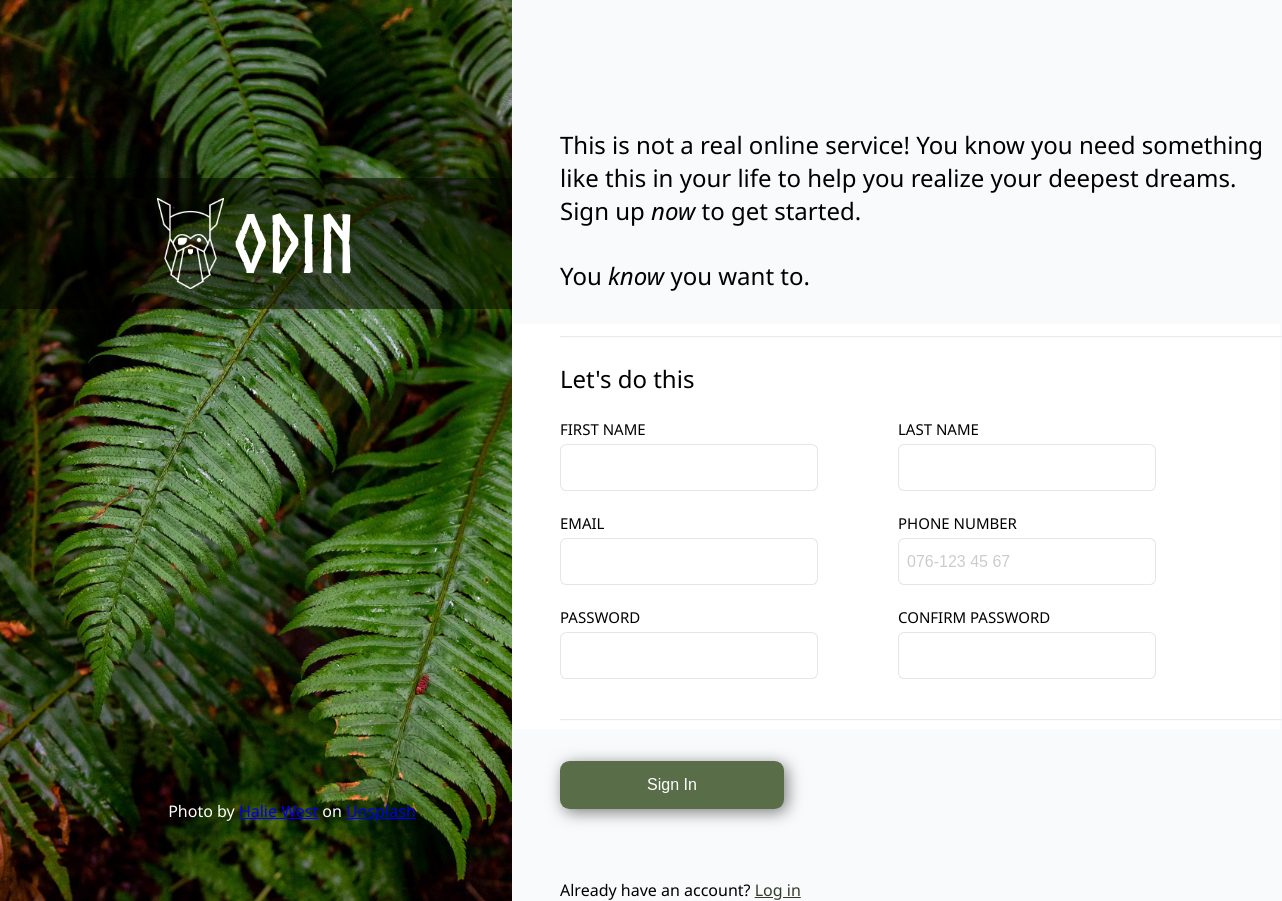
Repository: fed26sto-fundamentals/sign-up-form-odai-dh
Page: index.html
The author's editor kept a copy of each file at every save. The page is drawn from the files as they stood at one save, then again after the next save.
The browser window is 1280 px wide. The page is 1282 px wide, so the pictures cover 1282 px, including what lies to the right of the window. The pictures show the whole page.

Above is the page before, as saved 2024-10-01 21:14:39.

### index.html
<!DOCTYPE html>
<html lang="en">

<head>
    <meta charset="UTF-8">
    <meta name="viewport" content="width=device-width, initial-scale=1.0">
    <link href="styles.css" rel="stylesheet" />
    <title>Document</title>
</head>

<body>
    <div class="leftSide">
        <div class="odinLogo">
            <img src="/img/odin-lined.png" alt="odin logo">
            <p>ODIN</p>
        </div>
        <div class="leftSideFoot">
            <p>Photo by <a href="https://unsplash.com/@haliewestphoto" target="_blank">Halie West</a> on <a
                    href="https://unsplash.com/" target="_blank">Unsplash</a></p>

        </div>
    </div>
    <div class="rightSide">
        <div class="textR">
            <p>This is not a real online service! You know you need something like this in your life to help you realize
                your deepest dreams. Sign up <em>now</em> to get started.</p>
        </div>
        <div class="textRs">
            <p> You <em>know</em> you want to.</p>
        </div>
        <div class="form">
            <form action="#" class="form">
                <div class="formTitle">
        <hr id="line">
                    <p>Let's do this</p>
                </div>
                <div class="formStart">
                    <div class="cill1">
                        <div class="firstN">
                            <label for="firstN">FIRST NAME</label>
                            <input type="text" id="firstN" class="required" name="firstName" required>
                            <span class="error-message" aria-live="polite">First Name is required</span>
                        </div>
                        <div class="emailIn">
                            <label for="emailIn">EMAIL</label>
                            <input type="email" id="emailIn" class="required" name="email" required>
                            <span class="error-message" aria-live="polite">Email is required</span>
                        </div>
                        <div class="passwordIn">
                            <label for="passwordIn">PASSWORD</label>
                            <input type="password" id="passwordIn" class="required" name="password" required minlength="8" maxlength="16">
                            <span class="error-message" aria-live="polite">Password must be between 8 and 16 characters.</span>
                        </div>
                    </div>
                    <div class="cill2">
                        <div class="lastN">
                            <label for="lastN">LAST NAME</label>
                            <input type="text" id="lastN" class="required" name="lastName" required>
                            <span class="error-message" aria-live="polite">Last Name is required</span>
                        </div>
                        <div class="nummber">
                            <label for="number">PHONE NUMBER</label>
                            <input type="tel" id="number" class="required" name="phoneNumber" pattern="076-[0-9]{3} [0-9]{2} [0-9]{2}" placeholder="076-123 45 67" required>
                            <span class="error-message" aria-live="polite">Please enter a valid phone number.</span>
                        </div>
                        <div class="passwordCon">
                            <label for="passwordCon">CONFIRM PASSWORD</label>
                            <input type="password" id="passwordCon" class="required" name="confirmPassword" required minlength="8" maxlength="16">
                            <span class="error-message" aria-live="polite">Password do Not match</span>
                        </div>
                    </div>
                </div>
                <hr id="line">
        </div>

        <div class="submtion">
            <button id="forSubmtion"> Sign In</button>
            <div id="forSubmtionError"></div>
            <p>
                Already have an account? <a href="">Log in</a>
            </p>
        </div>
        </form>
    </div>
</body>

</html>

### styles.css
@font-face {
    font-family: 'NorseBold';
    src: url('../fonts/Norse-Bold.otf') format('opentype');

}

body {
    font-family: 'Segoe UI', Tahoma, Geneva, Verdana, sans-serif;
    display: flex;
    align-content: center;
    min-height: 100vh;
    margin: 0;
    padding: 0px;
    height: 100%;
    background-color: #F9FAFB;
    ;

}



.leftSide {
    background: url(/img/green.jpg) no-repeat;
    border: 0;
    width: 40%;
    align-content: center;
    background-size: cover;
    background-position: center;

}

.odinLogo {
    display: flex;
    justify-content: center;
    align-items: center;
    height: 10%;
    padding: 20px;
    gap: 10px;
    background-color: rgba(0, 0, 0, 0.5);
    position: relative;
    top: -25vh;
}

.odinLogo img {
    height: 100%;
}

.odinLogo p {
    color: white;
    font-size: 80px;
    font-family: 'NorseBold', sans-serif;
}


.leftSideFoot {
    display: flex;
    justify-self: center;
    position: relative;
    bottom: -41vh;
    left: 5vh;
}

.leftSideFoot p {
    color: rgb(255, 255, 255);
}

.leftSideFoot a:visited {
    color: rgb(199, 201, 221);
}

.leftSideFoot a:hover {
    color: rgb(187, 131, 239);
    transition: 0.5s;
}




.rightSide {
    display: flex;
    flex-direction: column;
    gap: 2rem;
}


.rightSide>div {
    padding-left: 3rem;
}

.rightSide>div>p {
    margin-top: 0;
    margin-bottom: 0;
}

.textR,
.textRs,
.formTitle {
    font-size: 1.5rem;
}

.textR {
    margin-top: 8rem;
}

.form{
    background-color: rgb(255, 255, 255);
}
.formStart {
    display: flex;
    justify-content: left;
    gap: 5rem;
    flex-wrap: wrap;
}

.formStart div {
    display: flex;
    flex-direction: column;
    gap: 1.4rem;
}

.formStart>div {
    margin-bottom: 2rem;
}

.formStart div div label {
    font-size: 15px;
}

.formStart div div input {
    width: 100%;

}
.formStart div div input:focus {
    border-color: #007BFF;
    box-shadow: 0 0 5px rgba(0, 123, 255, 1);

}

#line{
    width: 100%;
    opacity: 0.2;

}



.error-message {
    display: none;
    color: #d30c34;
    font-size: 12px;
    margin-top: -5px;
}

input:not(:focus):invalid+.error-message {
    display: none;
}

input:invalid+.error-message {
    display: block;
    margin-top: 4px;
}
input:not(:focus):invalid {
    border: 1px solid rgba(128, 128, 128, 0.2); /* Neutraler grauer Rand */
}

input::placeholder {
    color: grey;
    font-size: 16px;
    opacity: 0.4;
}


.formStart div div input {
    height: 1.8rem;
    width: 15rem;
    border: 1px solid #ccc;
    border-radius: 0.4rem;
    outline: none;
    padding: 0.5rem;
    font-size: 18px;
}

.formStart div div {
    display: flex;
    flex-direction: column;
    gap: 0.3rem;
}

.submtion {
    display: flex;
    flex-direction: column;
    gap: 2.2rem
}

.submtion a {
    color: #596D48;
}

.submtion a:visited {
    color: #313d27;
}

#forSubmtion {
    cursor: pointer;
    height: 3rem;
    width: 14rem;
    background-color: #596D48;
    color: white;
    font-size: 16px;
    border: 0px;
    border-radius: 0.6rem;
    box-shadow: 0.2rem 0.2rem 1rem rgba(0, 0, 0, 0.5);
}

After the next save:
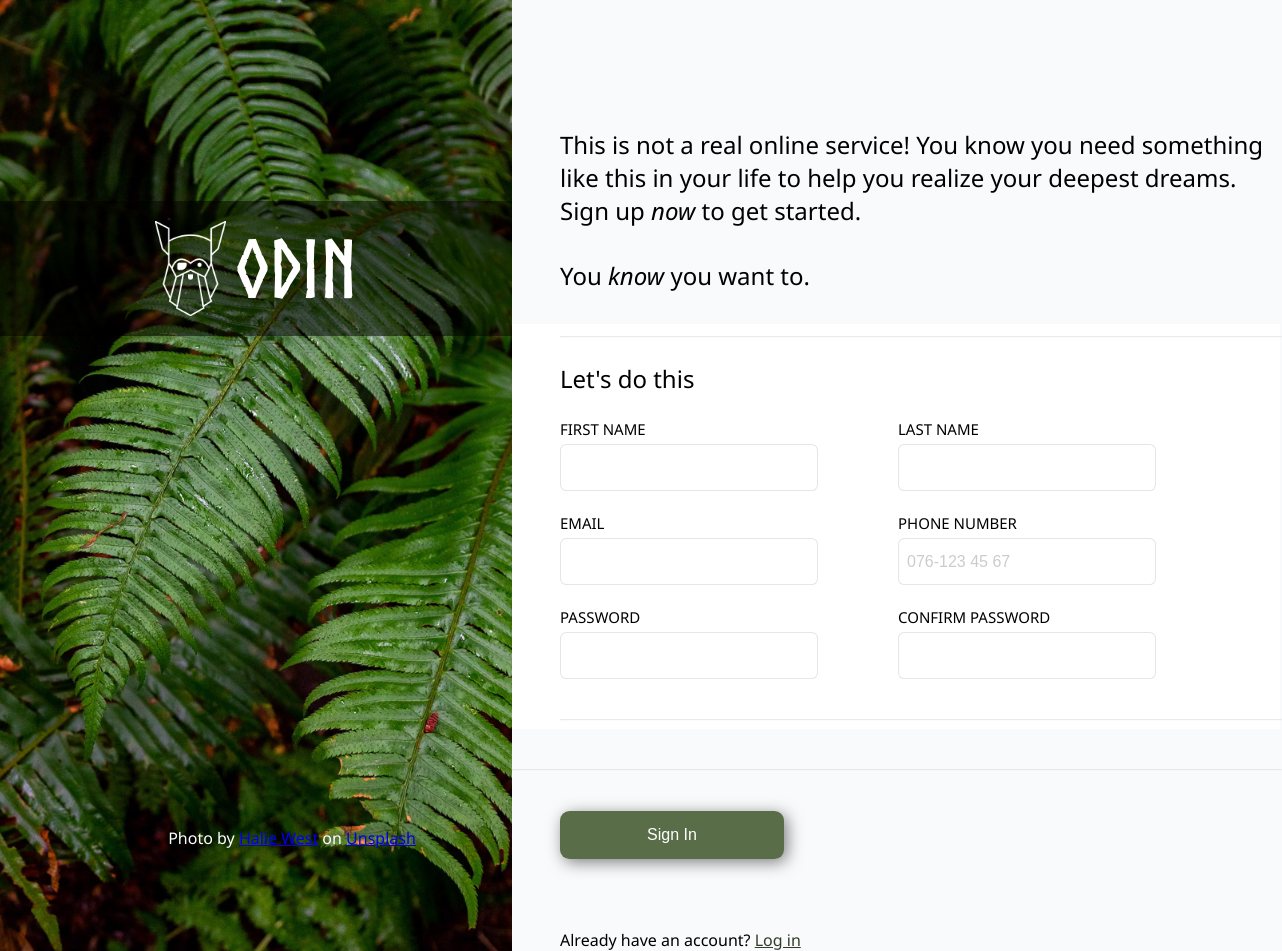
Saved 7 s later.
--- a/index.html
+++ b/index.html
@@ -72,6 +72,7 @@
                 </div>
                 <hr id="line">
         </div>
+        <hr id="line">
 
         <div class="submtion">
             <button id="forSubmtion"> Sign In</button>
